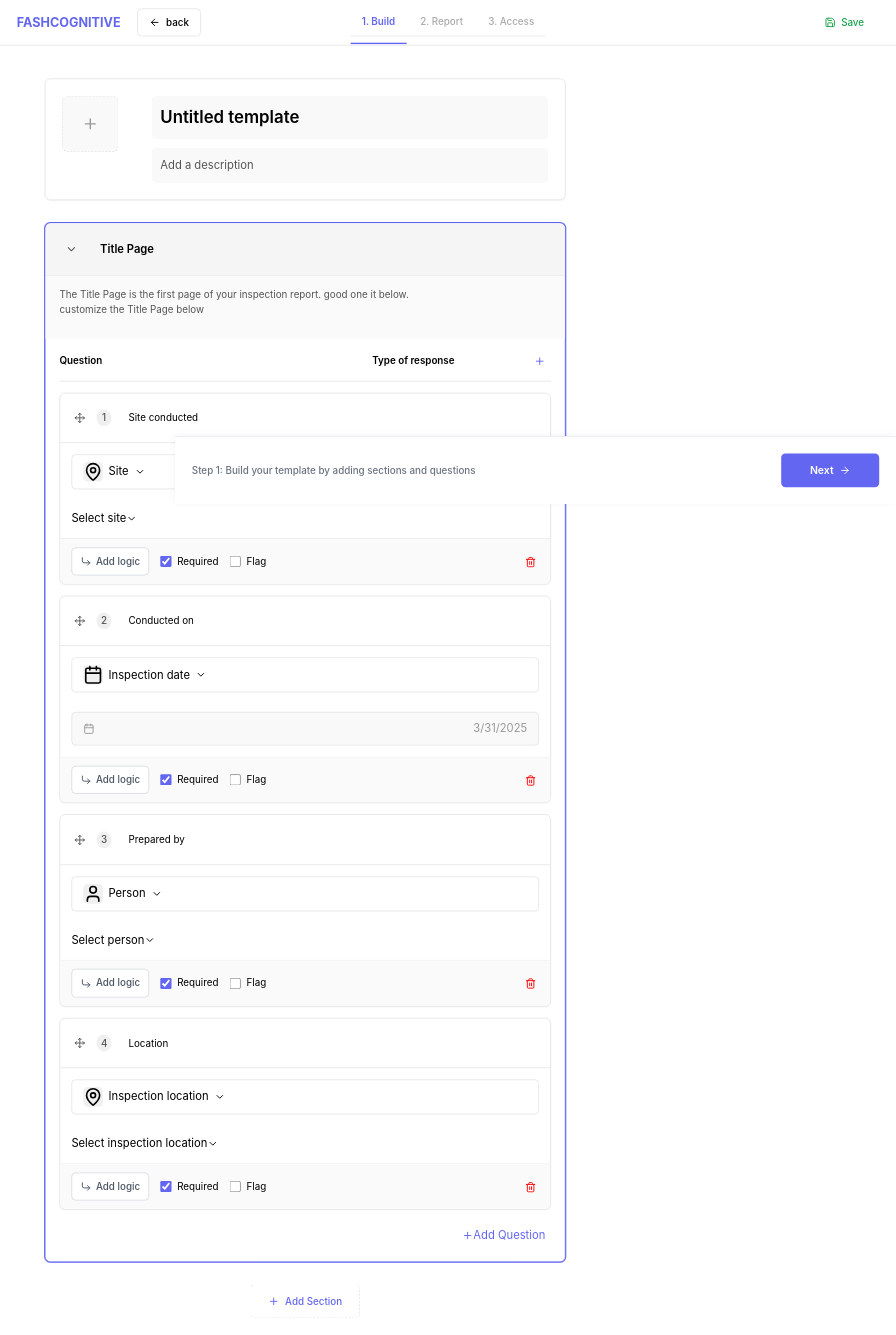
Repository: loganand612/fashcognitive-intern
Page: /ct (app in fash/)
An editor plug-in stored every save of this project. The page is shown before and after the next save, followed by the edit.
The browser window is 1280 px wide. The pictures show the whole page, at 70% of full size.
The project was rebuilt for these pictures with package versions that can differ from the ones it lists, and the page was loaded fresh each time. Also part of the build but not shown: fash/src/pages/Login.css, fash/src/pages/Register.css, fash/src/pages/Template.css, fash/src/pages/Home.tsx, fash/src/pages/Login.tsx, fash/src/pages/Register.tsx, fash/src/pages/Home2.tsx, fash/src/components/AccessManager.tsx and 4 more. Imported but missing from the stored project, and not drawn on this page: fash/src/pages/assets/head1.mp4.

Above is the page before, as saved 2025-04-14 09:50:23.

After the next save:
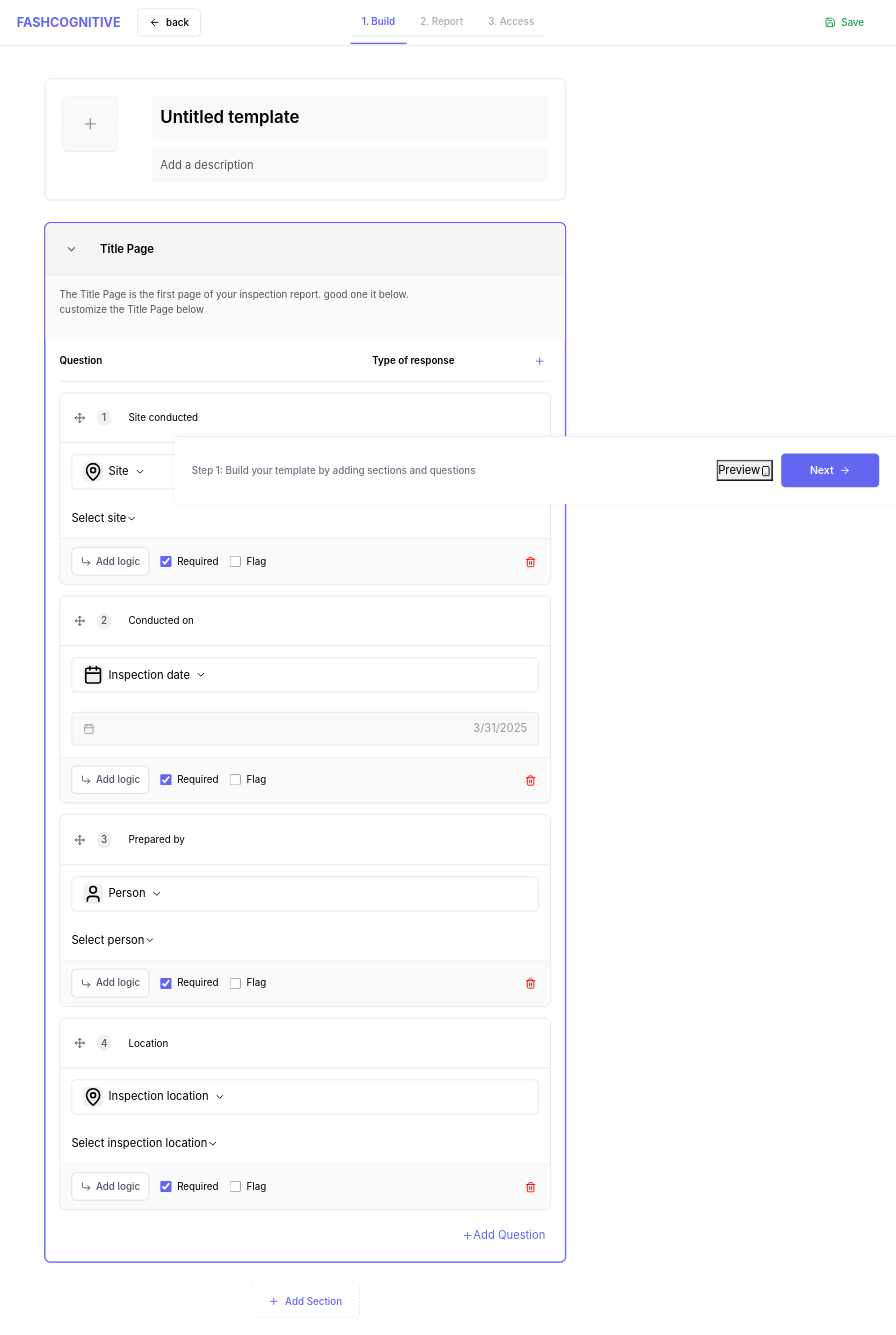
Saved 92 s later.
--- a/fash/src/components/TemplateWorkflowFooter.tsx
+++ b/fash/src/components/TemplateWorkflowFooter.tsx
@@ -1,11 +1,12 @@
 import React from 'react';
-import { ArrowRight, CheckCircle } from 'lucide-react';
+import { ArrowRight, CheckCircle, Smartphone } from 'lucide-react';
 import './TemplateWorkflowFooter.css';
 
 interface TemplateWorkflowFooterProps {
   activeTab: number;
   onNext: () => void;
   onPublish: () => void;
+  onPreview: () => void;
   isPublishing?: boolean;
 }
 
@@ -13,6 +14,7 @@ const TemplateWorkflowFooter: React.FC<TemplateWorkflowFooterProps> = ({
   activeTab,
   onNext,
   onPublish,
+  onPreview,
   isPublishing = false
 }) => {
   // Determine which button to show based on the active tab
@@ -29,6 +31,16 @@ const TemplateWorkflowFooter: React.FC<TemplateWorkflowFooterProps> = ({
         </div>
 
         <div className="footer-actions">
+          {activeTab === 0 && (
+            <button
+              className="preview-button"
+              onClick={onPreview}
+            >
+              Preview
+              <Smartphone size={16} />
+            </button>
+          )}
+
           {showNextButton && (
             <button
               className="next-button"
